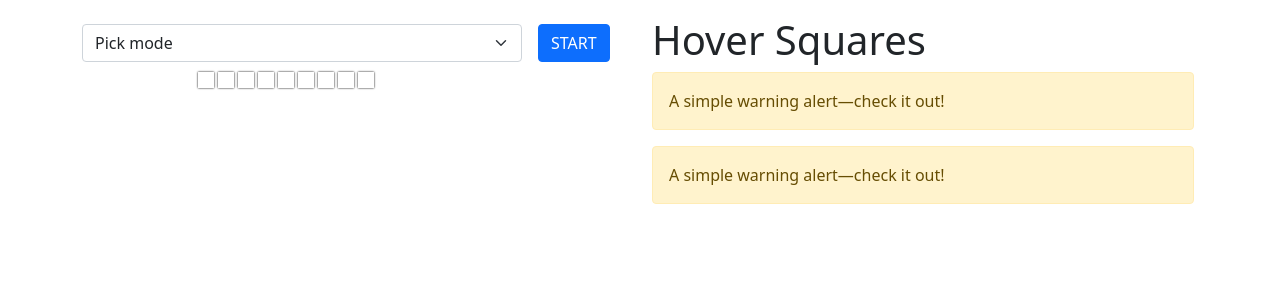
Repository: tsydikov/StarNaviTestTask
Page: /
The author's editor kept a copy of each file at every save. The page is drawn from the files as they stood at one save, then again after the next save.
The browser window is 1280 px wide. The pictures show the whole page.
The project was rebuilt for these pictures with package versions that can differ from the ones it lists, and the page was loaded fresh each time.

Above is the page before, as saved 2021-08-13 17:51:00.

### public/index.html
<!DOCTYPE html>
<html lang="en">
  <head>
    <meta charset="utf-8" />
    <meta name="viewport" content="width=device-width, initial-scale=1" />
    <link href="https://cdn.jsdelivr.net/npm/bootstrap@5.1.0/dist/css/bootstrap.min.css" rel="stylesheet" integrity="sha384-KyZXEAg3QhqLMpG8r+8fhAXLRk2vvoC2f3B09zVXn8CA5QIVfZOJ3BCsw2P0p/We" crossorigin="anonymous">
    <title>React App</title>
  </head>
  <body>
    <noscript>You need to enable JavaScript to run this app.</noscript>
    <div id="root"></div>
  </body>
</html>

### src/index.js
import React from 'react';
import ReactDOM from 'react-dom';
import App from './App';


ReactDOM.render(
  // <React.StrictMode>
    <App />,
  // </React.StrictMode>,
  document.getElementById('root')
);

### src/App.js
import React,{useState} from 'react'
import './App.css'
// import Alert from './component/Alert';
// import Squares from './component/Squares';
// import GameMode from './component/GameMode';


function App() {

const [mode, setMode] = useState('0')
const [squares, setSquares] = useState([
  {id:1},
  {id:2},
  {id:3},
  {id:4},
  {id:5},
])
const url ='https://demo1030918.mockable.io/'

async function start() {

    if (mode !== '0') {
      const response = await fetch(url)
      const data = await response.json()
      const squaresNumber = data[mode].field
      console.log(squaresNumber)
      // console.log(squares)
      // setSquares(squaresNumber)
      // console.log(squares)
      } else console.log('net vubora')

 }

  return (
    <div className="container p-3">
      <div className="row ">
        <div className="col">
          <div className="row">
              <div className="col p-2">
                <select className="form-select p" defaultValue="0" onChange={event => setMode(event.target.value)}>
                  <option value="0">Pick mode</option>
                  <option value="easyMode">Easy</option>
                  <option value="normalMode">Normal</option>
                  <option value="hardMode">Hard</option>
                </select>
                <button type="button" className="btn btn-primary" onClick={start}>START</button>
              </div>
            </div>
          {/* <GameMode /> */}
          <div className="row">
            <div className="col">
              <div className="containerSquares" id="board">
                {squares.map(square =><div className="square" />)}
                <div className="square"></div>
                <div className="square"></div>
                <div className="square"></div>
                <div className="square"></div>
              </div>
            </div>
          </div>
          {/* <Squares /> */}
        </div>
        <div className="col">
          <h1>Hover Squares</h1>
          <div className="alert alert-warning" role="alert">
            A simple warning alert—check it out!
          </div>
            <div className="alert alert-warning" role="alert">
              A simple warning alert—check it out!
            </div>
        </div>
        {/* <Alert /> */}
      </div>
    </div>
  );
}

export default App;

### src/App.css
.p {
    float: left;
    width: 80%;
    margin-right: 1rem;
}

.containerSquares {
    display: flex;
    justify-content: center;
    align-items: center;
    flex-wrap: wrap;
    max-width: 400px;
  }

  .square {
    width: 16px;
    height: 16px;
    background: white;
    margin: 2px;
    box-shadow: 0 0 2px #000;
    transition: 2s ease;
  }

After the next save:
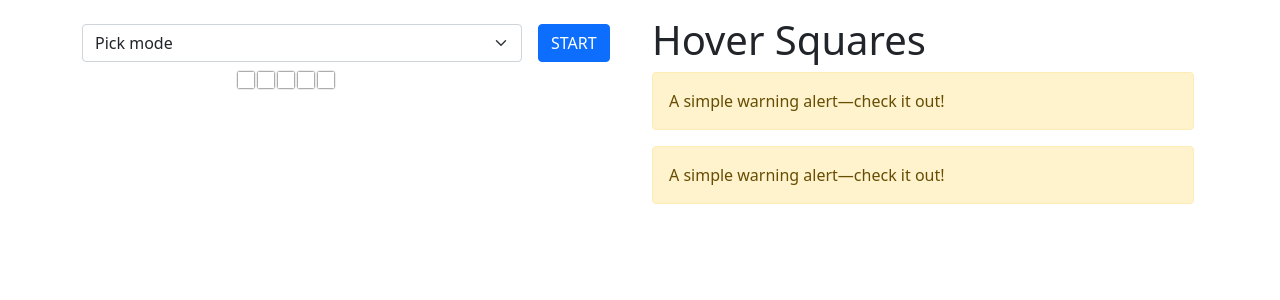
Saved 39 s later.
--- a/src/App.js
+++ b/src/App.js
@@ -51,10 +51,10 @@ async function start() {
             <div className="col">
               <div className="containerSquares" id="board">
                 {squares.map(square =><div className="square" />)}
+                {/* <div className="square"></div>
                 <div className="square"></div>
                 <div className="square"></div>
-                <div className="square"></div>
-                <div className="square"></div>
+                <div className="square"></div> */}
               </div>
             </div>
           </div>
